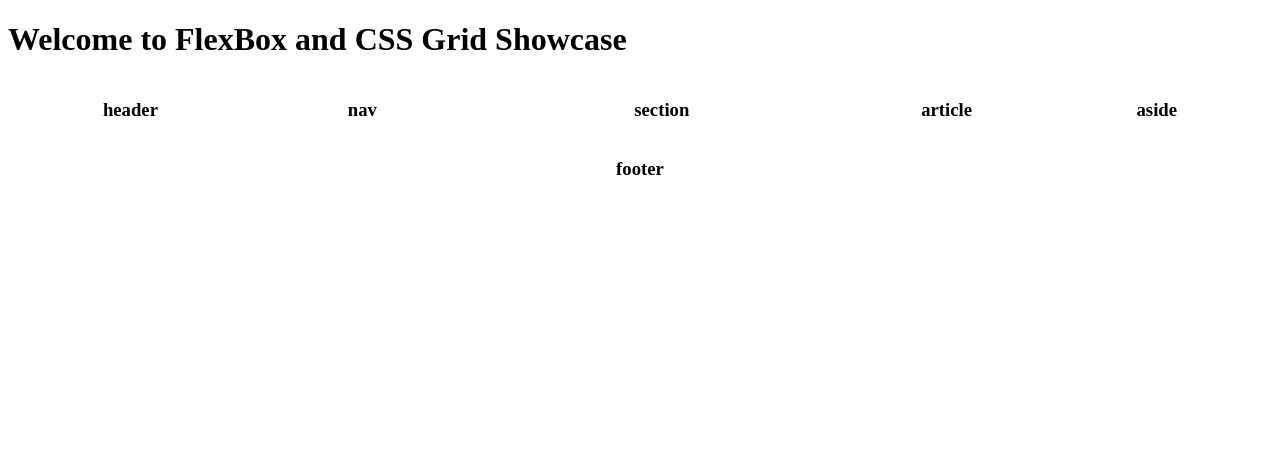
Repository: Awhit-commits/CSS_GRID_AND_FLEXBOX_LESSON
Page: index.html
The author's editor kept a copy of each file at every save. The page is drawn from the files as they stood at one save, then again after the next save.
The browser window is 1280 px wide. The pictures show the whole page.

Above is the page before, as saved 2020-12-21 10:20:49.

### index.html
<!DOCTYPE html>
<html lang="en">

<head>
    <meta charset="UTF-8">
    <meta name="viewport" content="width=device-width, initial-scale=1.0">
    <title>Document</title>
    <link rel="stylesheet" href="style.css">
</head>

<body>
    <h1>Welcome to FlexBox and CSS Grid Showcase</h1>
    <div class="containerFlex">
        <div class="header">
            <h3>header</h3>

        </div>
        <div class="nav">
            <h3>nav</h3>
        </div>
        <div class="section">
            <h3>section</h3>
        </div>
        <div class="article">
            <h3>article</h3>
        </div>
        <div class="aside">
            <h3>aside</h3>
        </div>
        <div class="footer">
            <h3>footer</h3>
        </div>
    </div>
    <script src="script.js"></script>
</body>

</html>

### style.css
.containerFlex{
    display: flex;
    flex-flow: row wrap;

    justify-content: flex-end;
}
.containerFlex > *{
    flex:1 100%
}

.header{
    /* justify-content: flex-start; */
    text-align: center;
    flex: 1 1 auto;
}

.nav{
    text-align: center;
    flex: 1 3 auto;
}
.section{
    text-align: center;
    flex: 2;
}
.article{
    text-align: center;
    flex: 1 0px;
}
.footer{
    text-align: center;
}
.aside{
    text-align: center;
    flex: 1 auto;
}

### script.js
console.log(`Hello World`);

After the next save:
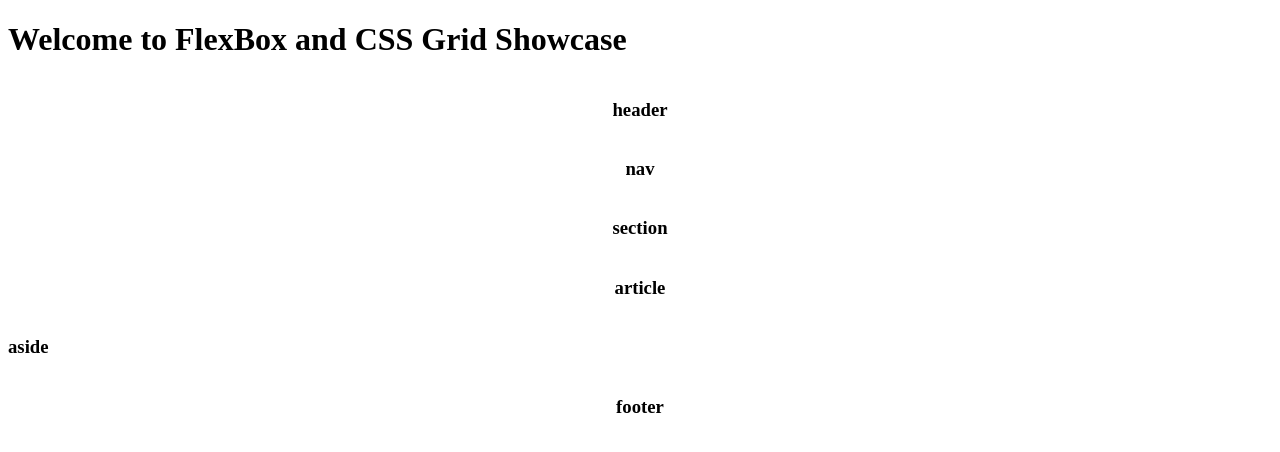
Saved 40 s later.
--- a/style.css
+++ b/style.css
@@ -11,25 +11,20 @@
 .header{
     /* justify-content: flex-start; */
     text-align: center;
-    flex: 1 1 auto;
+    /* flex-grow: 4; */
 }
 
 .nav{
     text-align: center;
-    flex: 1 3 auto;
+    /* flex-grow: 3; */
 }
 .section{
     text-align: center;
-    flex: 2;
+    /* flex-grow: 0; */
 }
 .article{
     text-align: center;
-    flex: 1 0px;
 }
 .footer{
     text-align: center;
 }
-.aside{
-    text-align: center;
-    flex: 1 auto;
-}
